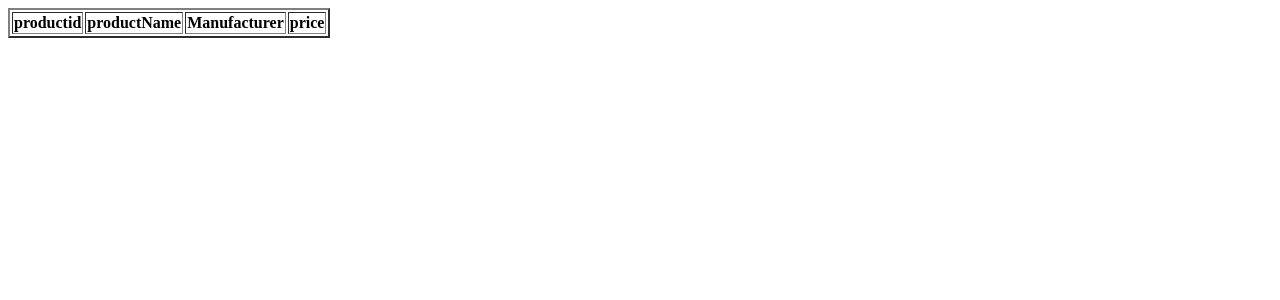
Repository: parkgyutaee/My_JAVA_Project
Page: http://localhost/JSPStudy/db1_select_product.jsp
An editor plug-in stored every save of this project. The page is shown before and after the next save, followed by the edit.
The browser window is 1280 px wide. The pictures show the whole page.
The page is served by Tomcat 10. Queries for data that is not in the repository find no rows.

Above is the page before, as saved 2025-07-11 02:26:16.

After the next save:
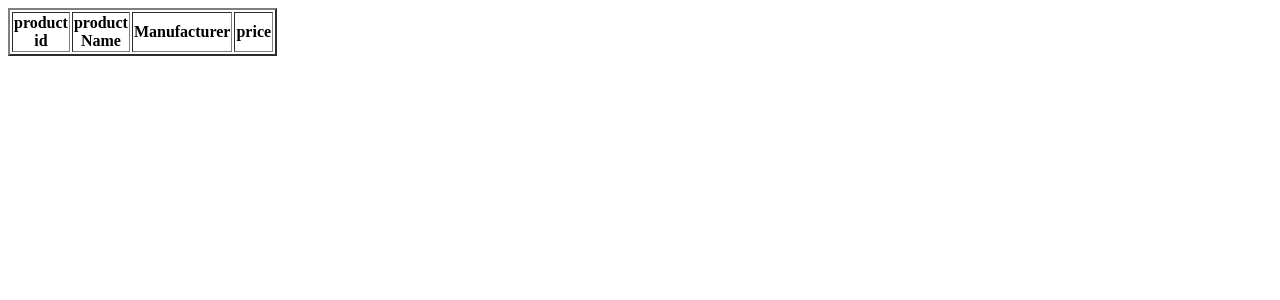
Saved 6 min 44 s later.
--- a/Workspace/JSPStudy/src/main/webapp/db1_select_product.jsp
+++ b/Workspace/JSPStudy/src/main/webapp/db1_select_product.jsp
@@ -20,10 +20,32 @@
 <body>
 	<table width="100" border = "2">
 		<tr>
-			<th>productid</th>
-			<th>productName</th>
+			<th>product id</th>
+			<th>product Name</th>
 			<th>Manufacturer</th>
 			<th>price</th>
+<%
+ 	try {
+ 		Class.forName("oracle.jdbc.driver.OracleDriver");
+ 		connection = DriverManager.getConnection(URL, ID, PASSWORD);
+ 		statement = connection.createStatement();
+ 		resultSet = statement.executeQuery(SELECT_SQL);
+ 		while (resultSet.next()) {
+ 			out.println("<tr>");
+ 			out.println("<td>" + resultSet.getInt("ProductID" + "</td>"));
+ 			out.println("<td>" + resultSet.getString("ProductName" + "</td>"));
+ 			out.println("<td>" + resultSet.getString("MANUFACTURER" + "</td>"));
+ 			out.println("<td>" + resultSet.getInt("PRICE" + "</td>"));
+ 			out.println("</tr>");
+
+ 		}
+ 	} catch(Exception e) {
+ 		out.println("Expception DB");
+ 		e.printStackTrace();			//콘솔에 어디서 오류가 났는지 보여줌.
+ 	} finally {
+
+ 	}
+%>
 		</tr>
 	</table>
 </body>
